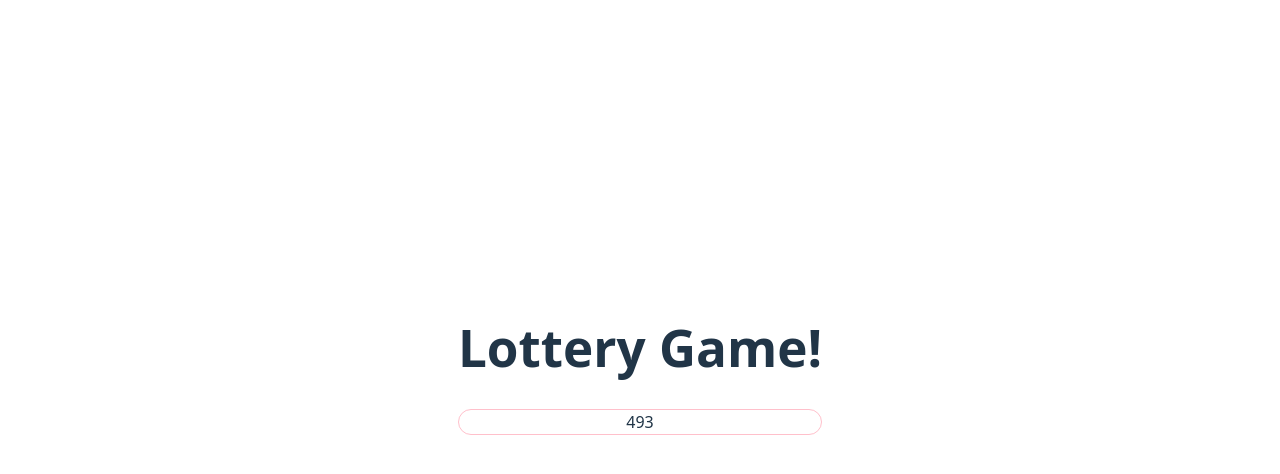
Repository: Ravikumar7210/Web_workspace
Page: / (app in React_Projects/Lottery/)
The author's editor kept a copy of each file at every save. The page is drawn from the files as they stood at one save, then again after a run of saves.
The browser window is 1280 px wide. The pictures show the whole page.
The project was rebuilt for these pictures with package versions that can differ from the ones it lists, and the page was loaded fresh each time. Also part of the build but not shown: React_Projects/Lottery/vite.config.js.

Above is the page before, as saved 2025-04-07 15:15:13.

### React_Projects/Lottery/src/App.jsx

import Lottery from './Lottery'
import './App.css';

function App() {

  return (
    <>
    <Lottery/>
    </>

  );

}

export default App

### React_Projects/Lottery/src/Lottery.jsx
import {useState} from 'react';
import { genTicket } from './helper';
import './Lottery.css';
export default  function Lottery() {

let [ticket, setTicket] = useState(genTicket(3));
return (
<div>
 <h1>Lottery Game!</h1>
  <div className='ticket'>
   <span >{ticket[0]}</span>
   <span>{ticket[1]}</span>
   <span>{ticket[2]}</span>
  </div>
</div>
);

}

### React_Projects/Lottery/src/helper.js
function genTicket(n){
    let arr = new Array(n);
    for (let i= 0; i<n; i++){
        arr[i]= Math.floor(Math.random() * 10);
       }
       return arr;
}

export {genTicket};

### React_Projects/Lottery/src/Lottery.css
.ticket {
    border : 1px solid #ffc0cb;
    border-radius : 14px;

}

Loaded but not shown: React_Projects/Lottery/index.html (common file); React_Projects/Lottery/src/main.jsx (common file); React_Projects/Lottery/src/index.css (common file); React_Projects/Lottery/src/App.css (common file)

After the next 2 saves:
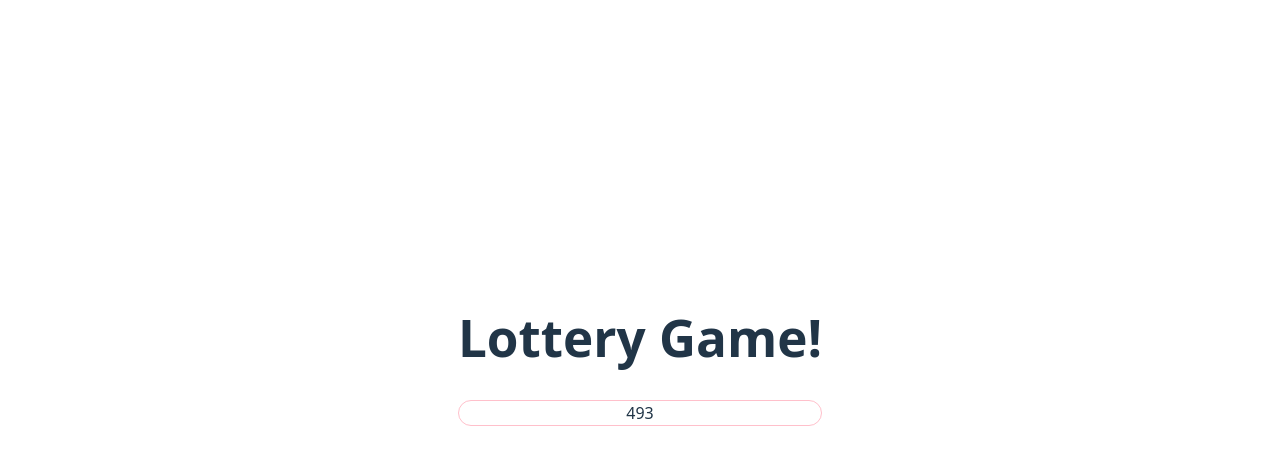
The 2 saves are shown as one change because 1 did not build or start.
The last was saved 9 min 11 s later.
--- a/React_Projects/Lottery/src/Lottery.jsx
+++ b/React_Projects/Lottery/src/Lottery.jsx
@@ -1,9 +1,10 @@
 import {useState} from 'react';
-import { genTicket } from './helper';
+import { genTicket, sum } from './helper';
 import './Lottery.css';
 export default  function Lottery() {
 
 let [ticket, setTicket] = useState(genTicket(3));
+let isWinning = sum(ticket) === 15;
 return (
 <div>
  <h1>Lottery Game!</h1>
@@ -12,6 +13,7 @@ return (
    <span>{ticket[1]}</span>
    <span>{ticket[2]}</span>
   </div>
+  <h3> {isWinning && "Congratulations, You won!"}</h3>
 </div>
 );
 
--- a/React_Projects/Lottery/src/helper.js
+++ b/React_Projects/Lottery/src/helper.js
@@ -6,4 +6,8 @@ function genTicket(n){
        return arr;
 }
 
-export {genTicket};
+function sum(arr){
+ return arr.reduce((sum, curr) => sum + curr , 0);
+}
+
+export {genTicket, sum};
